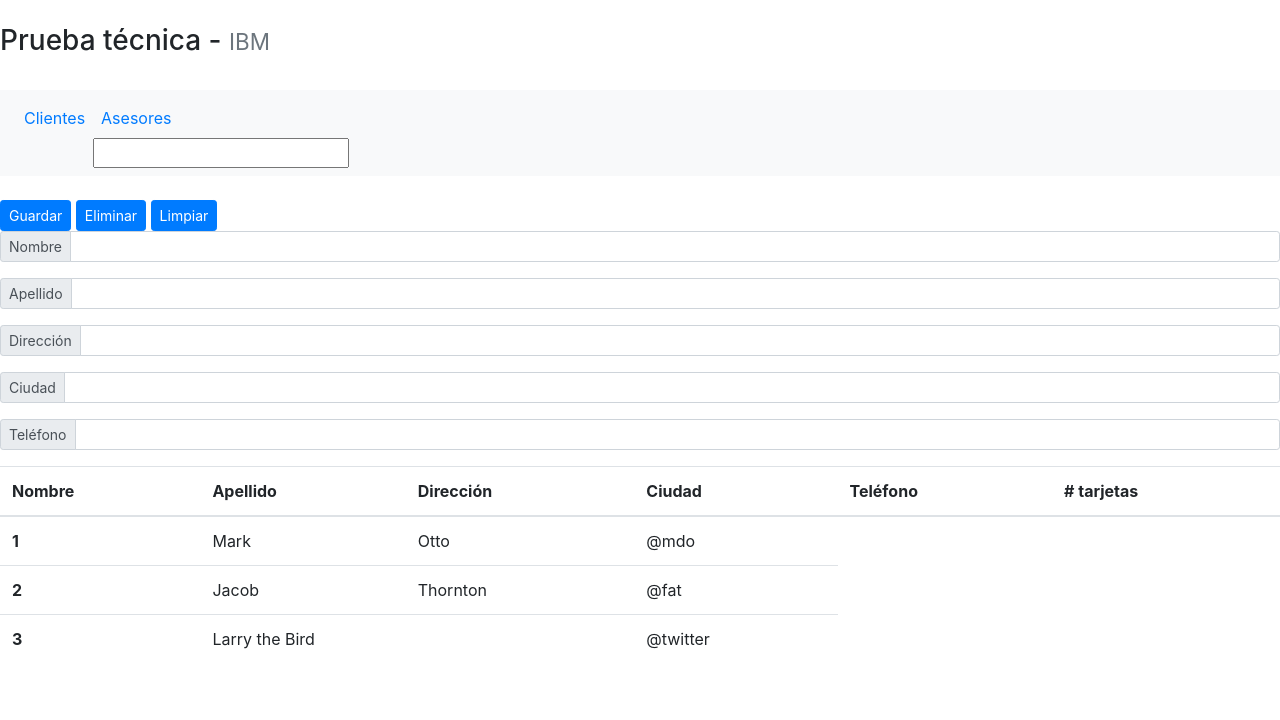
Repository: analozano16/ibm
Page: prueba_banco_war/src/main/webapp/index.html
An editor plug-in stored every save of this project. The page is shown before and after the next save, followed by the edit.
The browser window is 1280 px wide. The pictures show the whole page.
Some web libraries are served in a nearby version.

Above is the page before, as saved 2020-02-02 20:26:01.

After the next save:
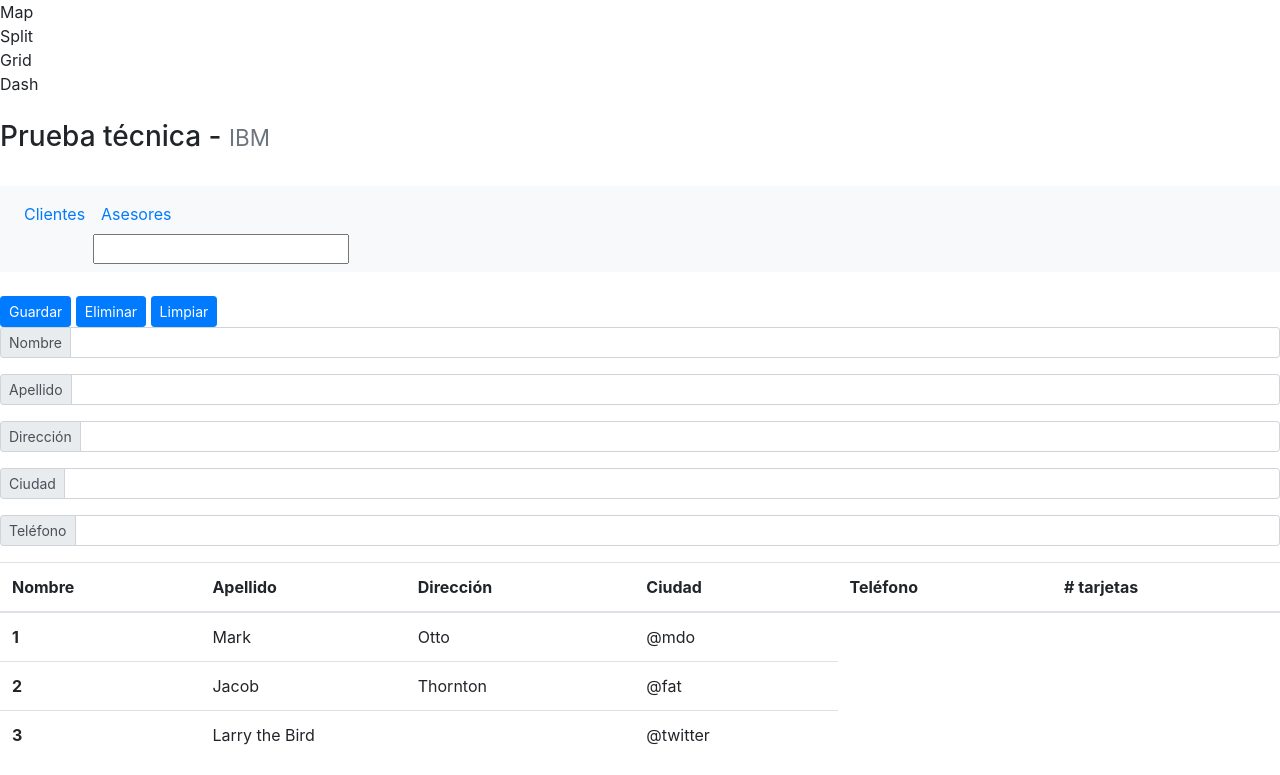
Saved 97 min 7 s later.
--- a/prueba_banco_war/src/main/webapp/index.html
+++ b/prueba_banco_war/src/main/webapp/index.html
@@ -12,6 +12,27 @@
 
 </head>
 <body>
+
+<div class="left">
+    <div class="item">
+        <i class="fas fa-fw fa-bars"></i>
+    </div>
+    <div class="item active">
+        <i class="fas fa-fw fa-map-marked-alt"></i> Map
+    </div>
+    <div class="item">
+        <i class="fas fa-fw fa-columns"></i> Split
+    </div>
+    <div class="item">
+        <i class="fas fa-fw fa-th"></i> Grid
+    </div>
+    <div class="item">
+        <i class="fas fa-fw fa-user-circle"></i> Dash
+    </div>
+</div>
+
+
+
 <br/>
 <h3>
   Prueba técnica -
